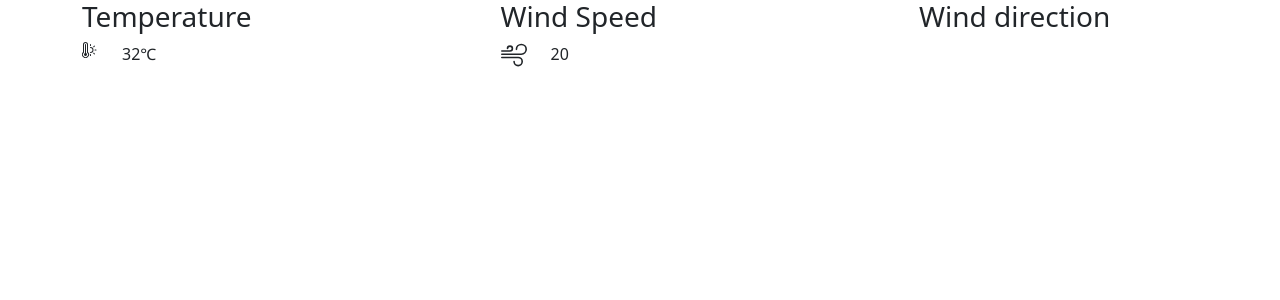
Repository: Saiyamjain-100/weather-app
Page: src/component/new.html
The author's editor kept a copy of each file at every save. The page is drawn from the files as they stood at one save, then again after a run of saves.
The browser window is 1280 px wide. The pictures show the whole page.

Above is the page before, as saved 2022-05-18 14:29:19.

### src/component/new.html
<!DOCTYPE html>
<html lang="en">
<head>
    <meta charset="UTF-8">
    <meta http-equiv="X-UA-Compatible" content="IE=edge">
    <meta name="viewport" content="width=device-width, initial-scale=1.0">

    <link href="https://cdn.jsdelivr.net/npm/bootstrap@5.2.0-beta1/dist/css/bootstrap.min.css" rel="stylesheet" integrity="sha384-0evHe/X+R7YkIZDRvuzKMRqM+OrBnVFBL6DOitfPri4tjfHxaWutUpFmBp4vmVor" crossorigin="anonymous">
    <title>Document</title>
</head>
<body>
    <script src="https://cdn.jsdelivr.net/npm/bootstrap@5.2.0-beta1/dist/js/bootstrap.bundle.min.js" integrity="sha384-pprn3073KE6tl6bjs2QrFaJGz5/SUsLqktiwsUTF55Jfv3qYSDhgCecCxMW52nD2" crossorigin="anonymous"></script>

    <div class="container">
        <div class="d-flex justify-content-between">
            <div class="col-md-3">
                <h3>Temperature</h3>
                <div class="d-flex justify-content-start">
                    <svg xmlns="http://www.w3.org/2000/svg" width="16" height="16" fill="currentColor" class="bi bi-thermometer-sun" viewBox="0 0 16 16">
                        <path d="M5 12.5a1.5 1.5 0 1 1-2-1.415V2.5a.5.5 0 0 1 1 0v8.585A1.5 1.5 0 0 1 5 12.5z"/>
                        <path d="M1 2.5a2.5 2.5 0 0 1 5 0v7.55a3.5 3.5 0 1 1-5 0V2.5zM3.5 1A1.5 1.5 0 0 0 2 2.5v7.987l-.167.15a2.5 2.5 0 1 0 3.333 0L5 10.486V2.5A1.5 1.5 0 0 0 3.5 1zm5 1a.5.5 0 0 1 .5.5v1a.5.5 0 0 1-1 0v-1a.5.5 0 0 1 .5-.5zm4.243 1.757a.5.5 0 0 1 0 .707l-.707.708a.5.5 0 1 1-.708-.708l.708-.707a.5.5 0 0 1 .707 0zM8 5.5a.5.5 0 0 1 .5-.5 3 3 0 1 1 0 6 .5.5 0 0 1 0-1 2 2 0 0 0 0-4 .5.5 0 0 1-.5-.5zM12.5 8a.5.5 0 0 1 .5-.5h1a.5.5 0 1 1 0 1h-1a.5.5 0 0 1-.5-.5zm-1.172 2.828a.5.5 0 0 1 .708 0l.707.708a.5.5 0 0 1-.707.707l-.708-.707a.5.5 0 0 1 0-.708zM8.5 12a.5.5 0 0 1 .5.5v1a.5.5 0 0 1-1 0v-1a.5.5 0 0 1 .5-.5z"/>
                      </svg>
                    <p class="mx-4"style="text-size-adjust: 20px;">32<span>&#8451;</span></p>
                </div>
            </div>
            <div class="col-md-3">
                <h3>Wind Speed</h3>
                <div class="d-flex justify-content-start">
                    <svg xmlns="http://www.w3.org/2000/svg" width="26" height="26" fill="currentColor" class="bi bi-wind" viewBox="0 0 16 16">
                        <path d="M12.5 2A2.5 2.5 0 0 0 10 4.5a.5.5 0 0 1-1 0A3.5 3.5 0 1 1 12.5 8H.5a.5.5 0 0 1 0-1h12a2.5 2.5 0 0 0 0-5zm-7 1a1 1 0 0 0-1 1 .5.5 0 0 1-1 0 2 2 0 1 1 2 2h-5a.5.5 0 0 1 0-1h5a1 1 0 0 0 0-2zM0 9.5A.5.5 0 0 1 .5 9h10.042a3 3 0 1 1-3 3 .5.5 0 0 1 1 0 2 2 0 1 0 2-2H.5a.5.5 0 0 1-.5-.5z"/>
                      </svg>
                    <p class="mx-4"style="text-size-adjust: 20px;">20</p>
                </div>
            </div>
            <div class="col-md-3">
                <h3>Wind direction</h3>
            </div>
        </div>
    </div>
</body>
</html>

After the next 2 saves:
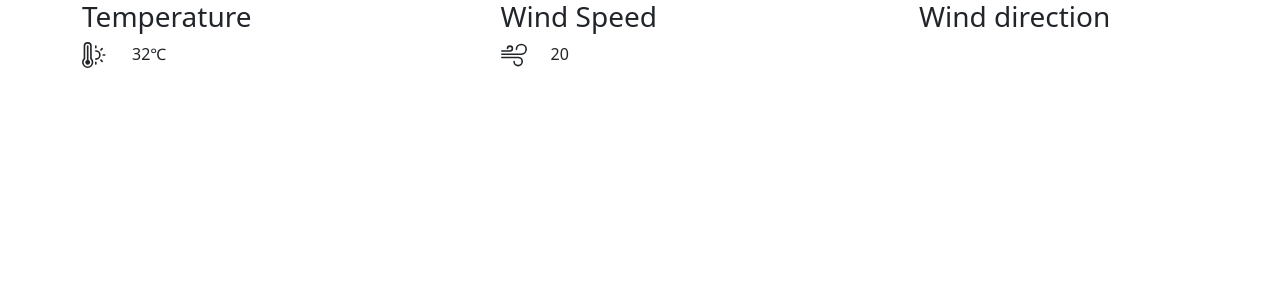
The 2 saves are shown as one change because they came seconds apart.
The last was saved 20 s later.
--- a/src/component/new.html
+++ b/src/component/new.html
@@ -16,7 +16,7 @@
             <div class="col-md-3">
                 <h3>Temperature</h3>
                 <div class="d-flex justify-content-start">
-                    <svg xmlns="http://www.w3.org/2000/svg" width="16" height="16" fill="currentColor" class="bi bi-thermometer-sun" viewBox="0 0 16 16">
+                    <svg xmlns="http://www.w3.org/2000/svg" width="26" height="26" fill="currentColor" class="bi bi-thermometer-sun" viewBox="0 0 16 16">
                         <path d="M5 12.5a1.5 1.5 0 1 1-2-1.415V2.5a.5.5 0 0 1 1 0v8.585A1.5 1.5 0 0 1 5 12.5z"/>
                         <path d="M1 2.5a2.5 2.5 0 0 1 5 0v7.55a3.5 3.5 0 1 1-5 0V2.5zM3.5 1A1.5 1.5 0 0 0 2 2.5v7.987l-.167.15a2.5 2.5 0 1 0 3.333 0L5 10.486V2.5A1.5 1.5 0 0 0 3.5 1zm5 1a.5.5 0 0 1 .5.5v1a.5.5 0 0 1-1 0v-1a.5.5 0 0 1 .5-.5zm4.243 1.757a.5.5 0 0 1 0 .707l-.707.708a.5.5 0 1 1-.708-.708l.708-.707a.5.5 0 0 1 .707 0zM8 5.5a.5.5 0 0 1 .5-.5 3 3 0 1 1 0 6 .5.5 0 0 1 0-1 2 2 0 0 0 0-4 .5.5 0 0 1-.5-.5zM12.5 8a.5.5 0 0 1 .5-.5h1a.5.5 0 1 1 0 1h-1a.5.5 0 0 1-.5-.5zm-1.172 2.828a.5.5 0 0 1 .708 0l.707.708a.5.5 0 0 1-.707.707l-.708-.707a.5.5 0 0 1 0-.708zM8.5 12a.5.5 0 0 1 .5.5v1a.5.5 0 0 1-1 0v-1a.5.5 0 0 1 .5-.5z"/>
                       </svg>
